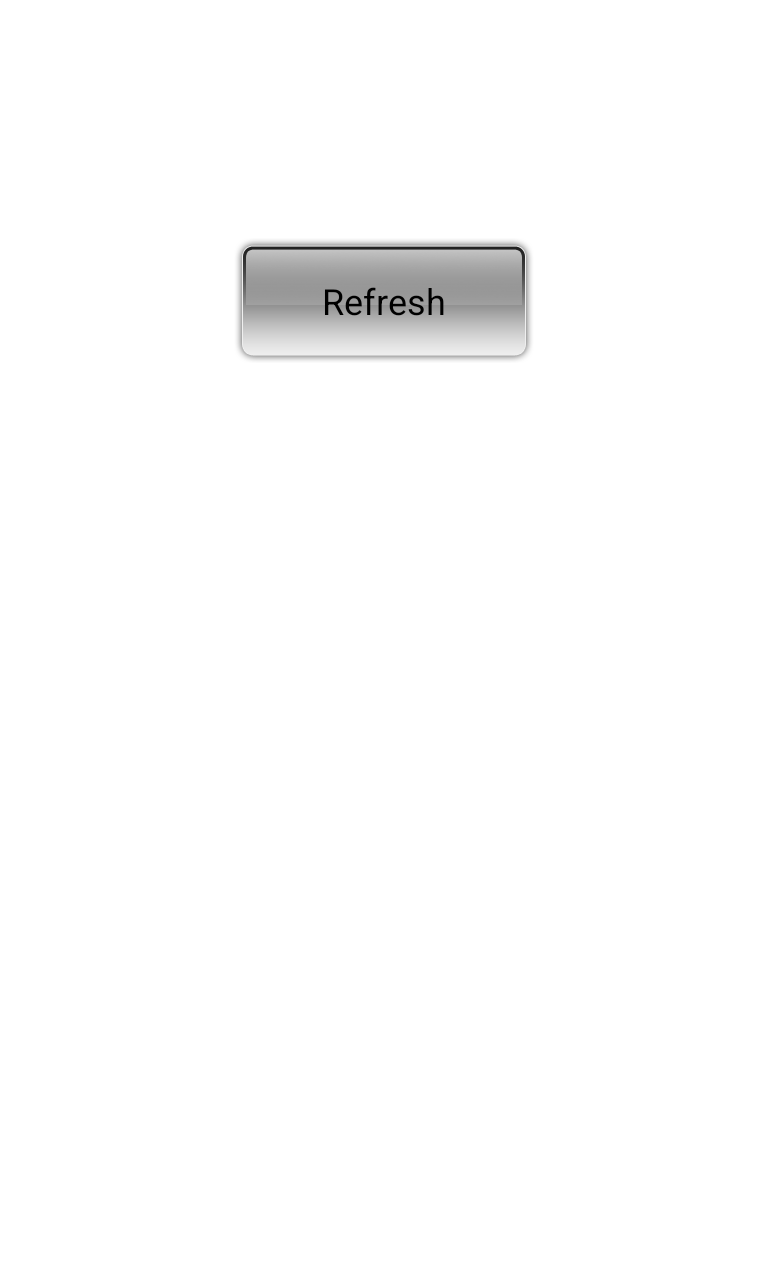
Repository: efreestone/MDF3_Freestone
Layout: ConvertIt/res/layout/activity_main.xml
These files come from the project's save history. The layout is drawn as it stood at one moment and after the next save; the edit follows.
It is drawn on a 768 x 1280 px phone screen (xhdpi) without system bars, with theme AppTheme; the app's code is not run.

Above is the layout before, as saved 2014-07-10 23:44:41.

### ConvertIt/res/layout/activity_main.xml
<?xml version="1.0" encoding="utf-8"?>
<LinearLayout xmlns:android="http://schemas.android.com/apk/res/android"
    android:id="@+id/parentView"
    android:layout_width="match_parent"
    android:layout_height="match_parent"
    android:orientation="vertical"
    >

    <TextView
        android:id="@+id/usdTV"
        android:layout_width="match_parent"
        android:layout_height="wrap_content"
        android:gravity="center" />

    <TextView
        android:id="@+id/eurTV"
        android:layout_width="match_parent"
        android:layout_height="wrap_content"
        android:gravity="center" />

    <TextView
        android:id="@+id/gbpTV"
        android:layout_width="match_parent"
        android:layout_height="wrap_content"
        android:gravity="center" />

    <TextView
        android:id="@+id/inrTV"
        android:layout_width="match_parent"
        android:layout_height="wrap_content"
        android:gravity="center" />

    <TextView
        android:id="@+id/cadTV"
        android:layout_width="match_parent"
        android:layout_height="wrap_content"
        android:gravity="center" />

    <TextView
        android:id="@+id/audTV"
        android:layout_width="match_parent"
        android:layout_height="wrap_content"
        android:gravity="center" />

    <Button
        android:id="@+id/refreshButton"
        android:layout_width="wrap_content"
        android:layout_height="wrap_content"
        android:layout_gravity="center"
        android:layout_margin="5dp"
        android:clickable="true"
        android:background="@drawable/button_background"
        android:text="@string/refreshButton"
        android:width="150dp" />



</LinearLayout>

### ConvertIt/res/drawable-hdpi/button_background.xml
<?xml version="1.0" encoding="utf-8"?>
<selector xmlns:android="http://schemas.android.com/apk/res/android" >
    <!-- Button Image when pressed -->
    <item
        android:drawable="@drawable/gradient_pressed_9patch"
        android:state_pressed="true"/>

    <!-- Button Image -->
    <item
        android:drawable="@drawable/gradient_9patch"/>



</selector>

### ConvertIt/res/drawable-ldpi/button_background.xml
<?xml version="1.0" encoding="utf-8"?>
<selector xmlns:android="http://schemas.android.com/apk/res/android" >
    <!-- Button Image when pressed -->
    <item
        android:drawable="@drawable/gradient_pressed_9patch"
        android:state_pressed="true"/>

    <!-- Button Image -->
    <item
        android:drawable="@drawable/gradient_9patch"/>



</selector>

### ConvertIt/res/drawable-mdpi/button_background.xml
<?xml version="1.0" encoding="utf-8"?>
<selector xmlns:android="http://schemas.android.com/apk/res/android" >
    <!-- Button Image when pressed -->
    <item
        android:drawable="@drawable/gradient_pressed_9patch"
        android:state_pressed="true"/>

    <!-- Button Image -->
    <item
        android:drawable="@drawable/gradient_9patch"/>



</selector>

### ConvertIt/res/drawable-xhdpi/button_background.xml
<?xml version="1.0" encoding="utf-8"?>
<selector xmlns:android="http://schemas.android.com/apk/res/android" >
    <!-- Button Image when pressed -->
    <item
        android:drawable="@drawable/gradient_pressed_9patch"
        android:state_pressed="true"/>

    <!-- Button Image -->
    <item
        android:drawable="@drawable/gradient_9patch"/>



</selector>

### ConvertIt/res/drawable-xxhdpi/button_background.xml
<?xml version="1.0" encoding="utf-8"?>
<selector xmlns:android="http://schemas.android.com/apk/res/android" >
    <!-- Button Image when pressed -->
    <item
        android:drawable="@drawable/gradient_pressed_9patch"
        android:state_pressed="true"/>

    <!-- Button Image -->
    <item
        android:drawable="@drawable/gradient_9patch"/>



</selector>

### ConvertIt/res/values/strings.xml
<?xml version="1.0" encoding="utf-8"?>
<resources>

    <string name="app_name">MDF3Project1</string>
    <string name="hello_world">Hello world!</string>
    <string name="action_settings">Settings</string>

    <string name="refreshButton">Refresh</string>

    <string name="noConnectionTitle">Connection Error</string>
    <string name="noConnectionAlert">This application requires internet access. Please check your network connection and try again.</string>

    <string name="noFileTitle">File does not exist</string>
    <string name="noFileAlert">The file does not exist on your device so it was requested from the API. Select Refresh to update the ListView</string>

</resources>

Loaded but not shown: ConvertIt/res/values/styles.xml (common file); ConvertIt/res/values-v11/styles.xml (common file); ConvertIt/res/values-v14/styles.xml (common file)

After the next save:
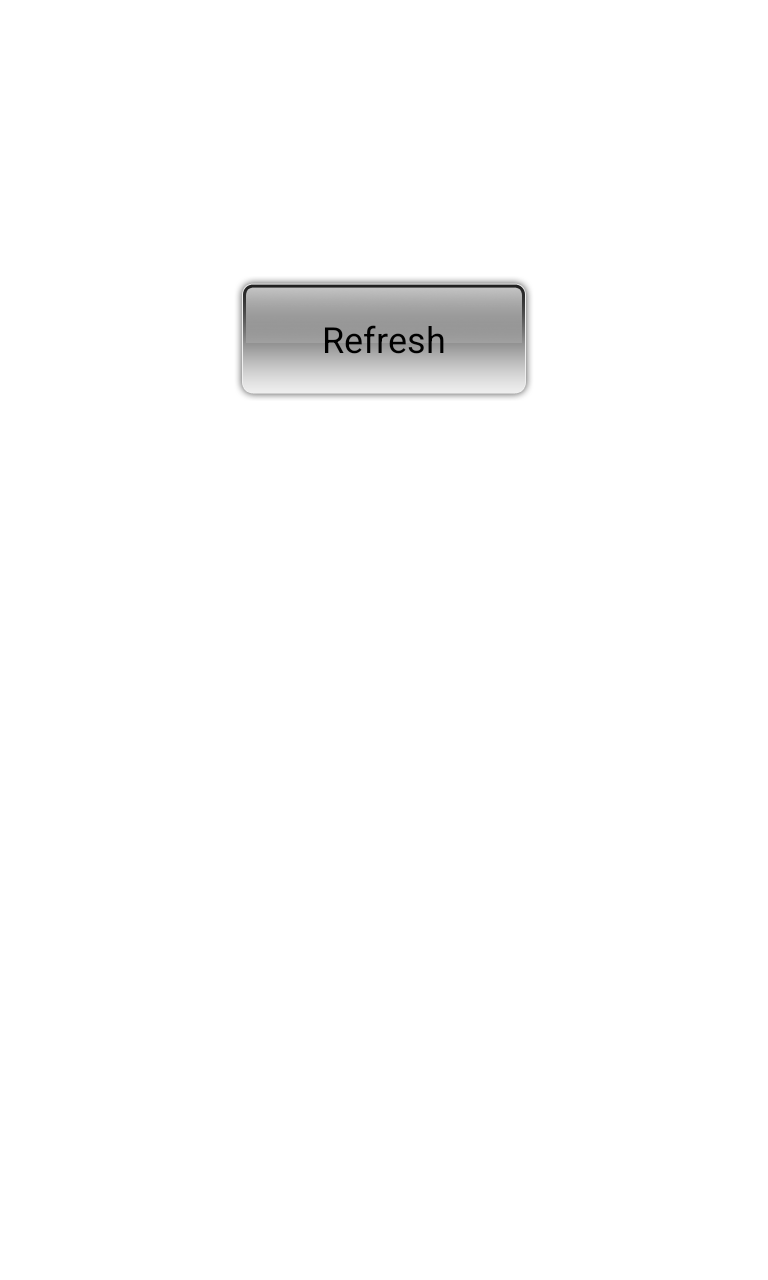
Saved 16 s later.
--- a/ConvertIt/res/layout/activity_main.xml
+++ b/ConvertIt/res/layout/activity_main.xml
@@ -42,6 +42,12 @@
         android:layout_height="wrap_content"
         android:gravity="center" />
 
+    <TextView
+        android:id="@+id/mxnTV"
+        android:layout_width="match_parent"
+        android:layout_height="wrap_content"
+        android:gravity="center" />
+
     <Button
         android:id="@+id/refreshButton"
         android:layout_width="wrap_content"
